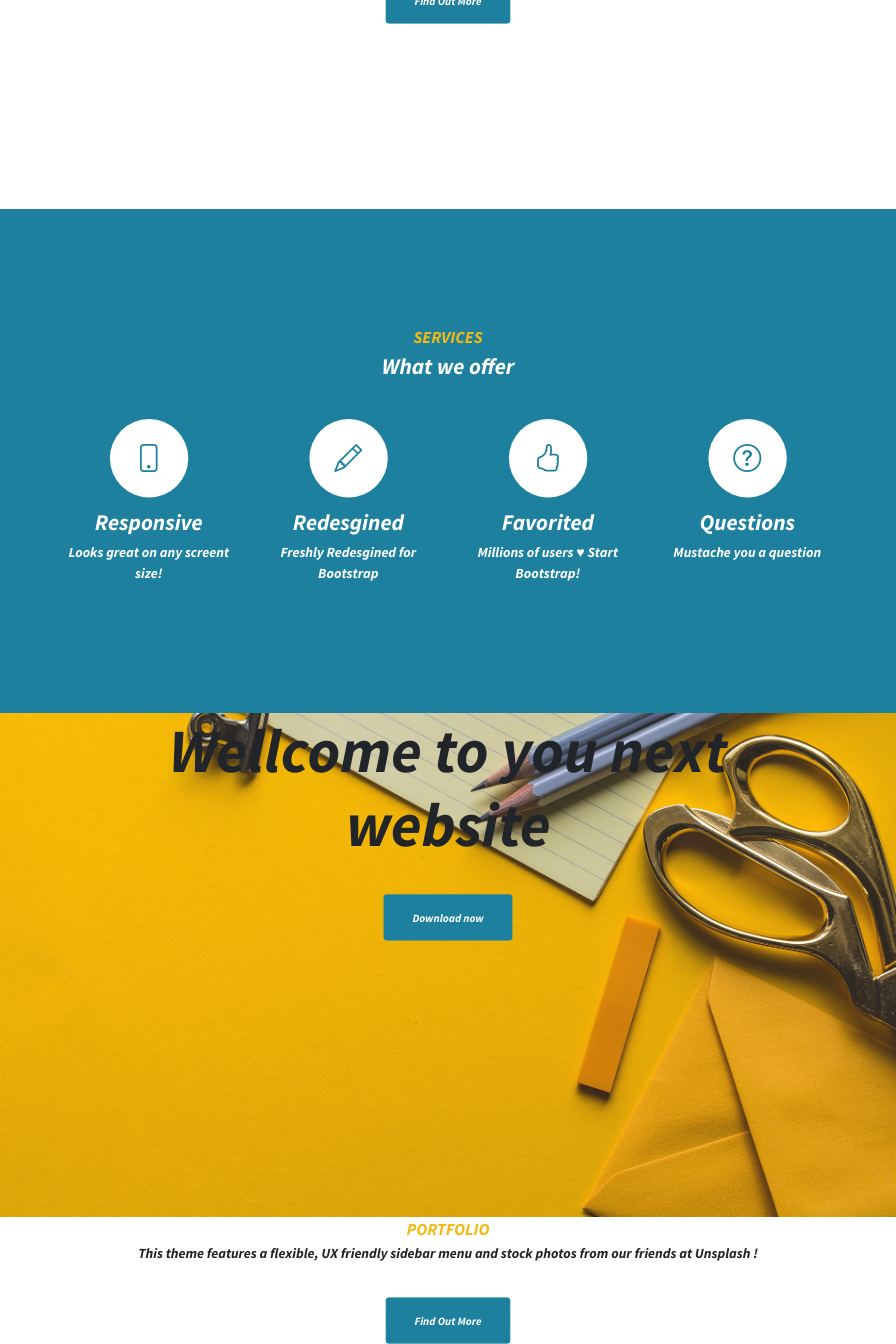
Repository: hoangpino/VE_FE_FrameWork_005
Page: lab06/index.html
These files come from the project's save history. The page is drawn as it stood at one moment and after the next save; the edit follows.
The browser window is 1280 px wide. The pictures show the part of the page from y = 1141 to 3061 px (the page is 3061 px tall before and 3003 px after), at 70% of full size.
Backgrounds fixed to the window are drawn as part of the page.

Above is the page before, as saved 2021-10-05 18:48:15.

After the next save:
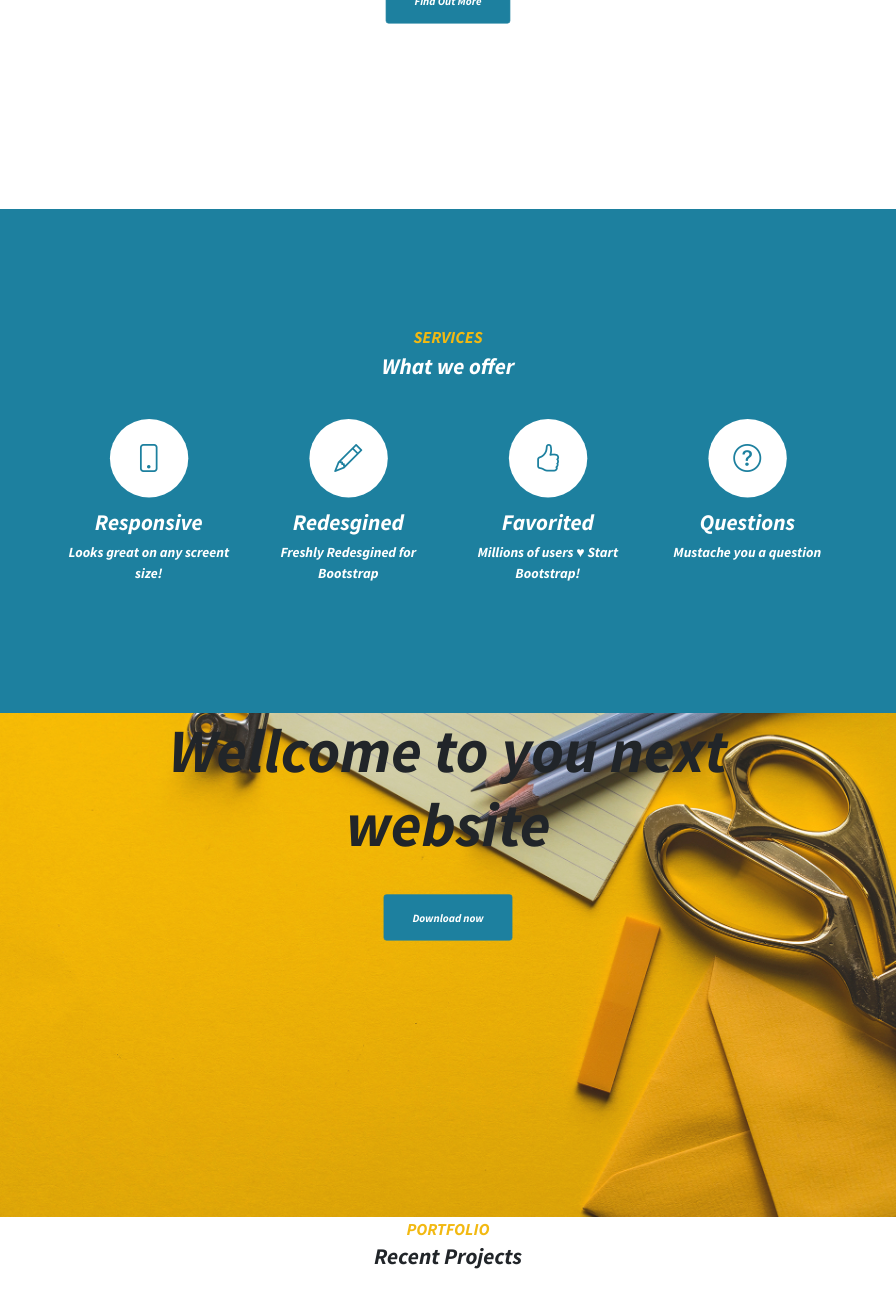
Saved 70 s later.
--- a/lab06/index.html
+++ b/lab06/index.html
@@ -111,10 +111,10 @@
     <!-- Portfolior -->
     <section class="d-flex align-items-center" id="portfolio">
         <div class="container px-4 px-lg-5 text-center">
-            <h4 class="m-1">Portfolio</h4>
-            <p class="mb-5">This theme features a flexible, UX friendly sidebar menu and stock
-                photos from our friends at Unsplash !</p>
-            <a href="" class="btn btn-primary btn-xl">Find Out More</a>
+            <div class="section-heading">
+                <h4 class="m-1">Portfolio</h4>
+                <h2 class="mb-5">Recent Projects</h2>
+            </div>
         </div>
     </section>
 
